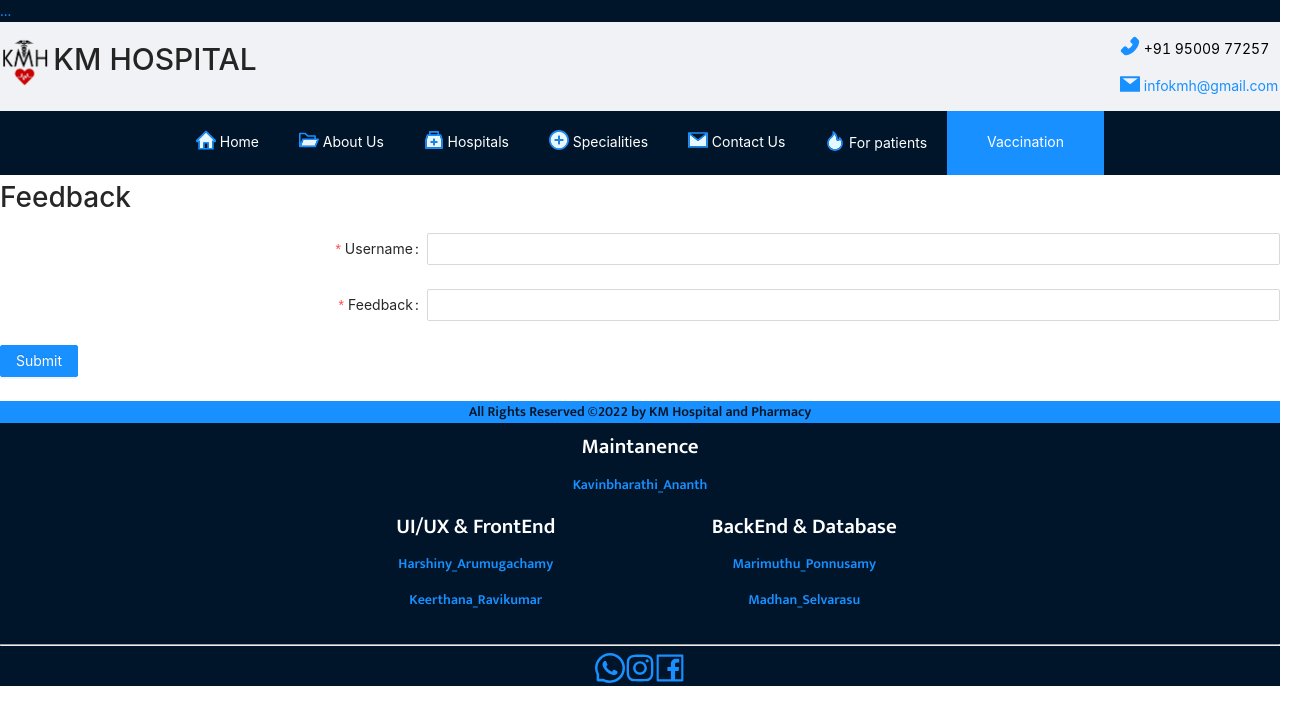
Repository: marimuthu1001/KHM-hospital
Page: /feedback (app in km-hospital/)
These files come from the project's save history. The page is drawn as it stood at one moment and after the next save; the edit follows.
The browser window is 1280 px wide. The page is 1297 px wide, so the pictures cover 1297 px, including what lies to the right of the window. The pictures show the whole page.
The page's requests for data from a server got no answer. The project was rebuilt for these pictures with package versions that can differ from the ones it lists, and the page was loaded fresh each time. No one was signed in, and anything a server would have sent is missing. Also part of the build but not shown: km-hospital/src/Styles/ContactUs.module.css, km-hospital/src/Pages/ContactUs.jsx, km-hospital/src/Pages/AboutUS.jsx, km-hospital/src/Styles/Specialities.module.css, km-hospital/src/Pages/Specialities.jsx.

Above is the page before, as saved 2022-01-25 11:42:46.

### km-hospital/public/index.html
<!DOCTYPE html>
<html lang="en">
  <head>
    <meta charset="utf-8" />
    <link rel="icon" href="%PUBLIC_URL%/favicon.ico" />
    <meta name="viewport" content="width=device-width, initial-scale=1" />
    <meta name="theme-color" content="#000000" />
    <meta
      name="description"
      content="Web site created using create-react-app"
    />
    <link rel="apple-touch-icon" href="%PUBLIC_URL%/logo192.png" />
    <!--
      manifest.json provides metadata used when your web app is installed on a
      user's mobile device or desktop. See https://developers.google.com/web/fundamentals/web-app-manifest/
    -->
    <link rel="manifest" href="%PUBLIC_URL%/manifest.json" />
    <!--
      Notice the use of %PUBLIC_URL% in the tags above.
      It will be replaced with the URL of the `public` folder during the build.
      Only files inside the `public` folder can be referenced from the HTML.

      Unlike "/favicon.ico" or "favicon.ico", "%PUBLIC_URL%/favicon.ico" will
      work correctly both with client-side routing and a non-root public URL.
      Learn how to configure a non-root public URL by running `npm run build`.
    -->
    <title>KM HOSPITAL | HOME</title>
  </head>
  <body>
    <noscript>You need to enable JavaScript to run this app.</noscript>
    <div id="root"></div>
    <!--
      This HTML file is a template.
      If you open it directly in the browser, you will see an empty page.

      You can add webfonts, meta tags, or analytics to this file.
      The build step will place the bundled scripts into the <body> tag.

      To begin the development, run `npm start` or `yarn start`.
      To create a production bundle, use `npm run build` or `yarn build`.
    -->
  </body>
</html>

### km-hospital/src/index.js
import React from 'react';
import ReactDOM from 'react-dom';
import 'antd/dist/antd.min.css'
import './index.css'
import App from './App';


ReactDOM.render(
  <React.StrictMode>
    <App />
  </React.StrictMode>,
  document.getElementById('root')
);

### km-hospital/src/index.css
@import '~antd/dist/antd.css';

.ant-menu:not(.ant-menu-horizontal) .ant-menu-item-selected {
	background: transparent;
}

.ant-menu{
    background: red;
    }

### km-hospital/src/App.js
import Nav from  './components/Nav'
import Footer from './components/Footer'
import ContactUs from './Pages/ContactUs'
import AboutUs from './Pages/AboutUS'
import Specialities from './Pages/Specialities'
import {BrowserRouter as Router, Route,Routes} from 'react-router-dom'

import Feedback from './Pages/Feedback'

function App() {
  return (
    <Router>
        <div className="App">
          <Nav/>
          <Routes>
            <Route exact path="/contactus" element={<ContactUs/>}/>
            <Route exact path="/aboutus" element={<AboutUs/>}/>
            <Route exact path="/specialities" element={<Specialities/>}/>
            <Route exact path="/feedback" element={<Feedback/>}/>
          </Routes>

          <Footer/>
        </div>
    </Router>

  );
}

export default App;

### km-hospital/src/components/Nav.jsx
import React from 'react'

import Styles from '../Styles/Nav.module.css'
import { Layout, Menu, Dropdown,Row,Col } from 'antd';
import { UserOutlined, LaptopOutlined, NotificationOutlined } from '@ant-design/icons';
import Logo from '../Images/Logo.png'

import {HomeTwoTone,
    FolderOpenTwoTone,
    MedicineBoxTwoTone,
    PlusCircleTwoTone,
    FireTwoTone ,
    MailTwoTone,
    PhoneFilled,
    MailFilled,

    } from '@ant-design/icons'

function Nav() {
  const menu = (
    <Menu>

            <Menu.Item key="1">Covid Dose</Menu.Item>
            <Menu.Item key="2">Covid Booster</Menu.Item>
            <Menu.Item key="3">Polio Vaccine</Menu.Item>
            <Menu.Item key="4">Chicken pox Vaccine</Menu.Item>
      </Menu>
  )
const patients = (
  <Menu>
          <Menu.Item key="1">Health Checkup Package</Menu.Item>
          <Menu.Item key="2">Medicines</Menu.Item>
          <Menu.Item key="3">Symptoms</Menu.Item>
          <Menu.Item key="4">Procedurs</Menu.Item>
          <Menu.Item key="5">BMI Calculator</Menu.Item>
    </Menu>

  )

  const { Header} = Layout;
    return (

      <Layout>
        <p className={Styles.line}>...</p>
        <div className={Styles.head} >
            <Row gutters={[16,16]}>
              <Col md={{span:2}} lg={{span:1}}>
              <div className="logo">
              <img src={Logo} alt="Logo" widht={50} height={50}/>
            </div>
              </Col>
              <Col md={{span:6}} lg={{span:4}}>
              <h1>KM HOSPITAL</h1>
              </Col>
              <Col md={{span:8}} lg={{span:16}}></Col>
              <Col md={{span:5}} lg={{span:3}}>
              <div className={Styles.contactHead}>
                <p style={{color:'black'}}><PhoneFilled  style= {{ fontSize: '20px',color: '#1890ff'  }} />&nbsp;+91 95009 77257</p>
                <p><a href="mailto:infokmh@gmail.com"><MailFilled style= {{ fontSize: '20px',color: '#1890ff'  }} />&nbsp;infokmh@gmail.com</a></p>
               </div>
              </Col>
            </Row>
        </div>



      <Header className="header">
      <div className="menubar">
        <Menu style={{
            position: 'relative',
            display: 'flex',
            justifyContent: 'center',

        }} theme="dark" mode="horizontal" defaultSelectedKeys={['1']}>
     <a href="/">
          <Menu.Item key="7"><HomeTwoTone style={{fontSize:20}}/>&nbsp;Home</Menu.Item>
     </a>
     <a href="/aboutus">
          <Menu.Item key="2"><FolderOpenTwoTone style={{fontSize:20}}/>&nbsp;About Us</Menu.Item>
     </a>
     <a href="">
          <Menu.Item key="3"><MedicineBoxTwoTone style={{fontSize:20}}/>&nbsp;Hospitals</Menu.Item>
     </a>
     <a href="/specialities">
          <Menu.Item key="4"><PlusCircleTwoTone style={{fontSize:20}}/>&nbsp;Specialities</Menu.Item>
     </a>
     <a href="/contactus">
          <Menu.Item  key="6"> <MailTwoTone style={{fontSize:20}}/>&nbsp;Contact Us</Menu.Item>
     </a>
          <Dropdown  overlay={patients} placement="topCenter">
              <Menu.Item key="5"><FireTwoTone style={{fontSize:20}}/>&nbsp;For patients</Menu.Item>
          </Dropdown>

          <Menu.Item key="1">
          <Dropdown  overlay={menu} placement="topCenter">
                    <Menu.Item>Vaccination</Menu.Item>
          </Dropdown>
          </Menu.Item>


        </Menu>  </div>
      </Header>


        </Layout>


    )
}

export default Nav

### km-hospital/src/components/Footer.jsx
import React from 'react'
import Styles from '../Styles/Footer.module.css'
import { Row, Col } from 'antd';
import {WhatsAppOutlined,
    InstagramOutlined,
    FacebookOutlined} from '@ant-design/icons'
function Footer() {
    return (
        <div  >
            <div className={Styles.footer}>


                <div className={Styles.footerContent}>
                    <div sm={1}  md={6} lg={8}  className={Styles.footerTitle}>
                        <h4>All Rights Reserved &copy;2022 by KM Hospital and Pharmacy</h4>
                    </div>


                <div className={Styles.maintain}>
                    <h2>Maintanence</h2>
                    <p>Kavinbharathi_Ananth</p>
                </div>

                <Row className={Styles.design} gutter={[34, 18]}>
                <Col xs={24} md={6}/>
                    <Col xs={24} md={6}>
                        <div>
                            <h2 className={Styles.headDecoration}>UI/UX & FrontEnd</h2>
                            <div className={Styles.decoration}>
                                <p>Harshiny_Arumugachamy</p>
                                <p>Keerthana_Ravikumar</p>
                            </div>
                        </div>
                    </Col>
                    <Col xs={24} md={6}>
                        <div>
                        <h2 className={Styles.headDecoration}>BackEnd & Database</h2>
                            <div className={Styles.decoration}>
                                <p>Marimuthu_Ponnusamy</p>
                                <p>Madhan_Selvarasu</p>
                            </div>
                        </div>
                    </Col>
                    <Col xs={24} md={6}/>
                        <Col sm={{ span: 5, offset: 0 }} md={{ span: 5, offset: 0 }} lg={{ span: 6, offset:0  }}> </Col>
                </Row>


<hr/>


                <Row  className={Styles.social}>
                    <Col sm={{span:2}} md={{span:8}} lg={{span:8}}><WhatsAppOutlined style={{fontSize: '30px' }} /></Col>
                    <Col sm={{span:2}} md={{span:8}} lg={{span:8}}><InstagramOutlined style={{fontSize: '30px' }} /></Col>
                    <Col sm={{span:2}} md={{span:8}} lg={{span:8}}><FacebookOutlined style={{fontSize: '30px' }} /></Col>
                </Row>
            </div>
        </div>
        </div>
    )
}

export default Footer

### km-hospital/src/Pages/Feedback.jsx
import React,{useState,useEffect} from 'react'
import firebase from '../firebase'
import { Form, Input, Button } from 'antd';
const API_BASE = "http://localhost:5000"

function Feedback() {
		const onFinish = (values) => {
		  console.log('Success:', values);
		};

		const onFinishFailed = (errorInfo) => {
		  console.log('Failed:', errorInfo);
		};



const [feedBacks,setFeedBacks] = useState([]);
const [newFeedBack,setNewFeedBack] = useState([]);
const [newName,setNewName] = useState([]);
const [loading, setLoading] = useState(false);
useEffect(()=>{

    //ONE TIME GET FUNCTION
    const ref = firebase.firestore().collection("Feedbacks");
    setLoading(true);
    function getFeedBacks() {
        ref.onSnapshot((querySnapshot)=>{
            const items = [];
            querySnapshot.forEach((doc)=>{
                items.push(doc.data());
            });
        setLoading(false);
        setFeedBacks(items);
        });
    }

        getFeedBacks();
    },[]);

	console.log(loading)
    if(loading){
        <h1>Loading</h1>

    }


    return (
        <div>
            <div >
            <h1>Feedback</h1>
               {feedBacks.map(feedBack=>(
                   <div key={feedBack._id}>
							 <h2>{feedBack.name}</h2>
					        <h3>{feedBack.feedback}</h3>
                   </div>
               ))}
            </div>


            <Form
					name="basic"
					labelCol={{
							span: 8,
					}}
					wrapperCol={{
							span: 16,
					}}
					initialValues={{
							remember: true,
					}}
					onFinish={onFinish}
					onFinishFailed={onFinishFailed}
					autoComplete="off"
					>
						<Form.Item
							label="Username"
							name="username"
							rules={[
							{
								required: true,
								message: 'Please input your username!',
							},
							]}
					>
							<Input
							onChange={e=>setNewName(e.target.value)}
							value={newName}
							/>
					</Form.Item>



					<Form.Item
							label="Feedback"
							name="feedback"
							rules={[
							{
								required: true,
								message: 'Please input your Feedback!',
							},
							]}
					>
							<Input
							onChange={e=>setNewFeedBack(e.target.value)}
							value={newFeedBack}
							/>
					</Form.Item>

					<Form.Item>
					<Button type="primary" >
						Submit
					</Button>
					</Form.Item>
    </Form>

        </div>
    )
}
export default Feedback;

### km-hospital/src/Styles/Nav.module.css
*{
    margin-top:0px;
}
.line{
    background-color:#001529;
    color:#1890ff;
}
.head h1{
    font-size: 30px;
}
.menubar .Menu.item{
    margin-left:20%;
}
a{
    text-decoration: none;
}
a:hover{
    background-color:#1890ff;
}

### km-hospital/src/Styles/Footer.module.css
@import url('https://fonts.googleapis.com/css2?family=Mukta:wght@600&display=swap');
.footer{
    background-color:#001529;
    font-family: 'Mukta', sans-serif;
    color:#1890ff;
    position:relative;
    text-align:center
}
.footer h2{
    color:#ffffff
}
.footer .footerTitle{
    color:rgb(255, 255, 255);
    background-color:#1890ff
}
.footer .social{
    text-align:center;
    display:inline-flex;
}
.social li{
    list-style-type: none;
}
.decoration{
    list-style-type:none;
    text-align:center
}
.headDecoration{
    text-align:center
}

### km-hospital/src/firebase.js
import firebase from 'firebase/compat/app';
import 'firebase/compat/firestore';


const firebaseConfig = {
    apiKey: "AIzaSyBXAQdkExXqcbrjHUTNEdFbsdwA_L_i-Ts",
    authDomain: "km-hospital-portal.firebaseapp.com",
    projectId: "km-hospital-portal",
    storageBucket: "km-hospital-portal.appspot.com",
    messagingSenderId: "115873823605",
    appId: "1:115873823605:web:4417095c1c3705cda8f13c",
    measurementId: "G-0VPENR8VYJ"
  };

firebase.initializeApp(firebaseConfig);
export default firebase;

After the next save:
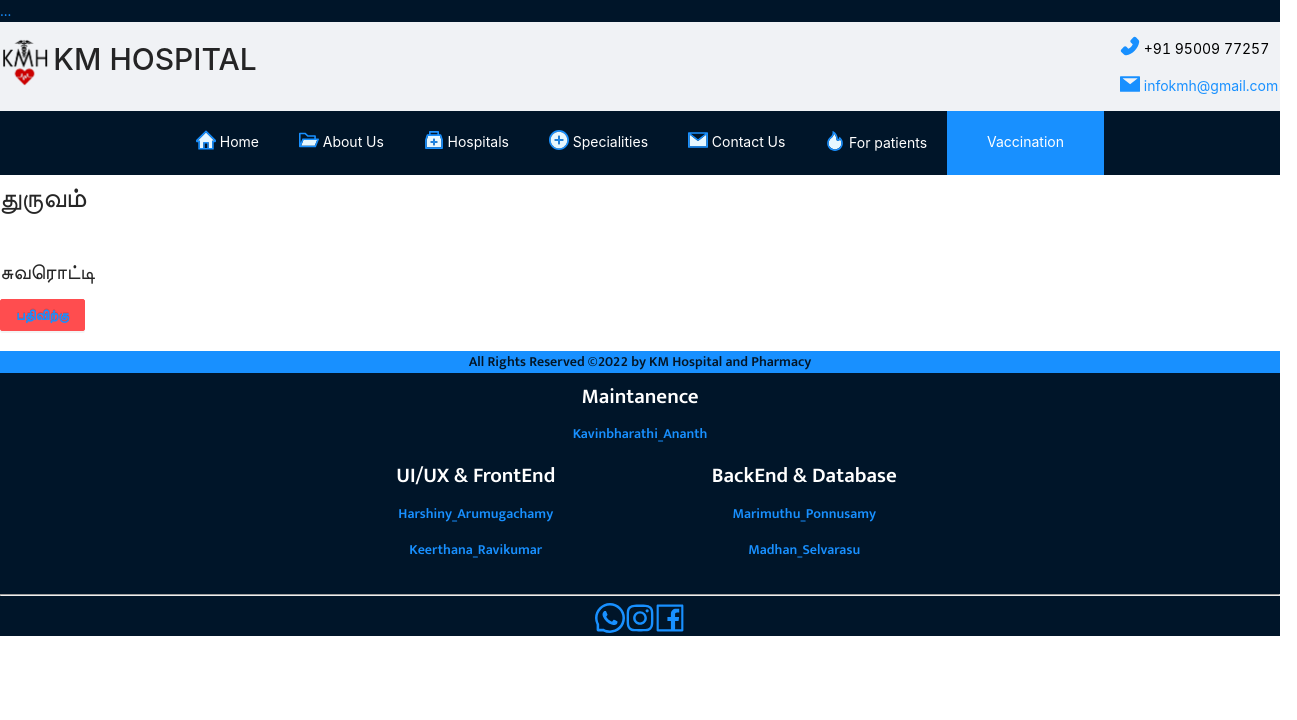
Saved 4 min 50 s later.
--- a/km-hospital/src/Pages/Feedback.jsx
+++ b/km-hospital/src/Pages/Feedback.jsx
@@ -1,27 +1,21 @@
-import React,{useState,useEffect} from 'react'
-import firebase from '../firebase'
-import { Form, Input, Button } from 'antd';
-const API_BASE = "http://localhost:5000"
-
-function Feedback() {
-		const onFinish = (values) => {
-		  console.log('Success:', values);
-		};
-
-		const onFinishFailed = (errorInfo) => {
-		  console.log('Failed:', errorInfo);
-		};
+import React , {useState,useEffect} from 'react'
+import { Helmet,HelmetProvider } from 'react-helmet-async';
+import firebase from '../firebase.js'
 
 
 
-const [feedBacks,setFeedBacks] = useState([]);
-const [newFeedBack,setNewFeedBack] = useState([]);
-const [newName,setNewName] = useState([]);
-const [loading, setLoading] = useState(false);
-useEffect(()=>{
+import { Card, Col, Row,Button,Spin } from 'antd';
+const { Meta } = Card;
+const Dhuruvam=()=> {
+    const [FeedBacks, setFeedBacks] = useState([]);
+    const [loading, setLoading] = useState(false);
 
-    //ONE TIME GET FUNCTION
-    const ref = firebase.firestore().collection("Feedbacks");
+
+
+
+    useEffect(()=>{
+          //ONE TIME GET FUNCTION
+    const ref = firebase.firestore().collection("Dhuruvam");
     setLoading(true);
     function getFeedBacks() {
         ref.onSnapshot((querySnapshot)=>{
@@ -37,83 +31,58 @@ useEffect(()=>{
         getFeedBacks();
     },[]);
 
-	console.log(loading)
+console.log(loading)
     if(loading){
         <h1>Loading</h1>
 
     }
-
-
     return (
         <div>
-            <div >
-            <h1>Feedback</h1>
-               {feedBacks.map(feedBack=>(
-                   <div key={feedBack._id}>
-							 <h2>{feedBack.name}</h2>
-					        <h3>{feedBack.feedback}</h3>
-                   </div>
-               ))}
+             <HelmetProvider>
+                    <Helmet>
+                        <title>ழகரம் | துருவம்</title>
+                    </Helmet>
+             </HelmetProvider>
+
+           <div className="title-pongal">
+               <h1>துருவம் </h1>
+           </div>
+
+          <div className="site-card-wrapper">
+          <Spin tip="ஏற்றுகிறது ..." style={{width:1550}} size="large" spinning={loading}>
+
+          </Spin>&nbsp;
+          <h2 className="poster_title">சுவரொட்டி</h2>
+
+          <Row gutter={0}>
+                        {FeedBacks.map((event) =>(
+                            <div key={event.key}>
+                                <Col span={1}>
+                                <Card
+                                        className="card-item"
+                                        style={{ width: 350 , height:300 , marginLeft:120}}
+                                        cover={
+                                        <img
+                                            alt="example"
+                                            src={event.img}
+                                            height={200}
+                                        />
+                                }>
+                                <Meta
+                                    title={event.title}
+                                    description={event.description}
+                                />
+                                </Card>
+                             </Col>
+                            </div>
+                        ))}
+
+                  </Row>
             </div>
-
-
-            <Form
-					name="basic"
-					labelCol={{
-							span: 8,
-					}}
-					wrapperCol={{
-							span: 16,
-					}}
-					initialValues={{
-							remember: true,
-					}}
-					onFinish={onFinish}
-					onFinishFailed={onFinishFailed}
-					autoComplete="off"
-					>
-						<Form.Item
-							label="Username"
-							name="username"
-							rules={[
-							{
-								required: true,
-								message: 'Please input your username!',
-							},
-							]}
-					>
-							<Input
-							onChange={e=>setNewName(e.target.value)}
-							value={newName}
-							/>
-					</Form.Item>
-
-
-
-					<Form.Item
-							label="Feedback"
-							name="feedback"
-							rules={[
-							{
-								required: true,
-								message: 'Please input your Feedback!',
-							},
-							]}
-					>
-							<Input
-							onChange={e=>setNewFeedBack(e.target.value)}
-							value={newFeedBack}
-							/>
-					</Form.Item>
-
-					<Form.Item>
-					<Button type="primary" >
-						Submit
-					</Button>
-					</Form.Item>
-    </Form>
+            <Button style={{marginBottom:20}} className="btn" type="danger"><a href="/docs" className="ref"><b>பதிவிற்கு</b></a> </Button>
 
         </div>
     )
 }
-export default Feedback;
+
+export default Dhuruvam;
